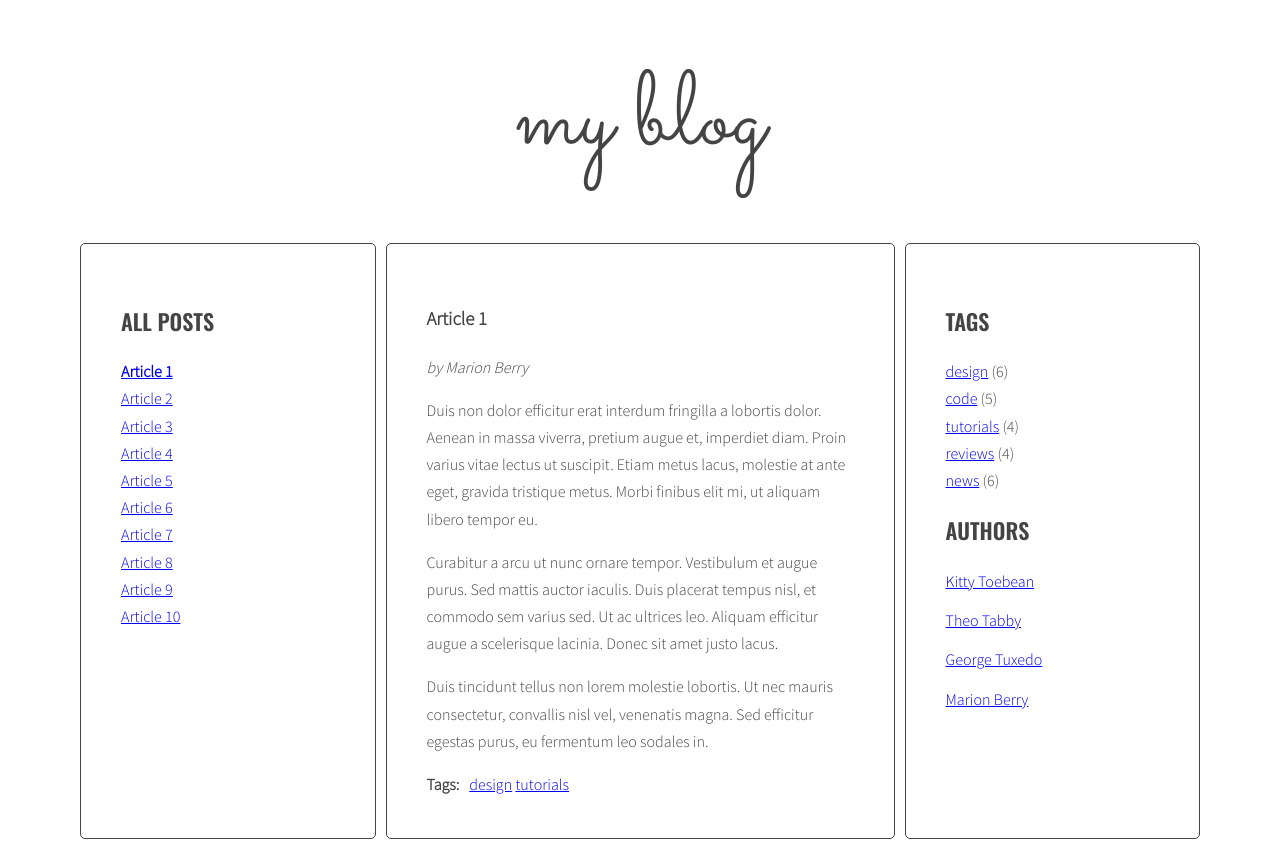
Repository: Akaimajo/javascript-blog
Page: index.html
The author's editor kept a copy of each file at every save. The page is drawn from the files as they stood at one save, then again after the next save.
The browser window is 1280 px wide. The pictures show the whole page.

Above is the page before, as saved 2020-10-15 12:02:20.

After the next save:
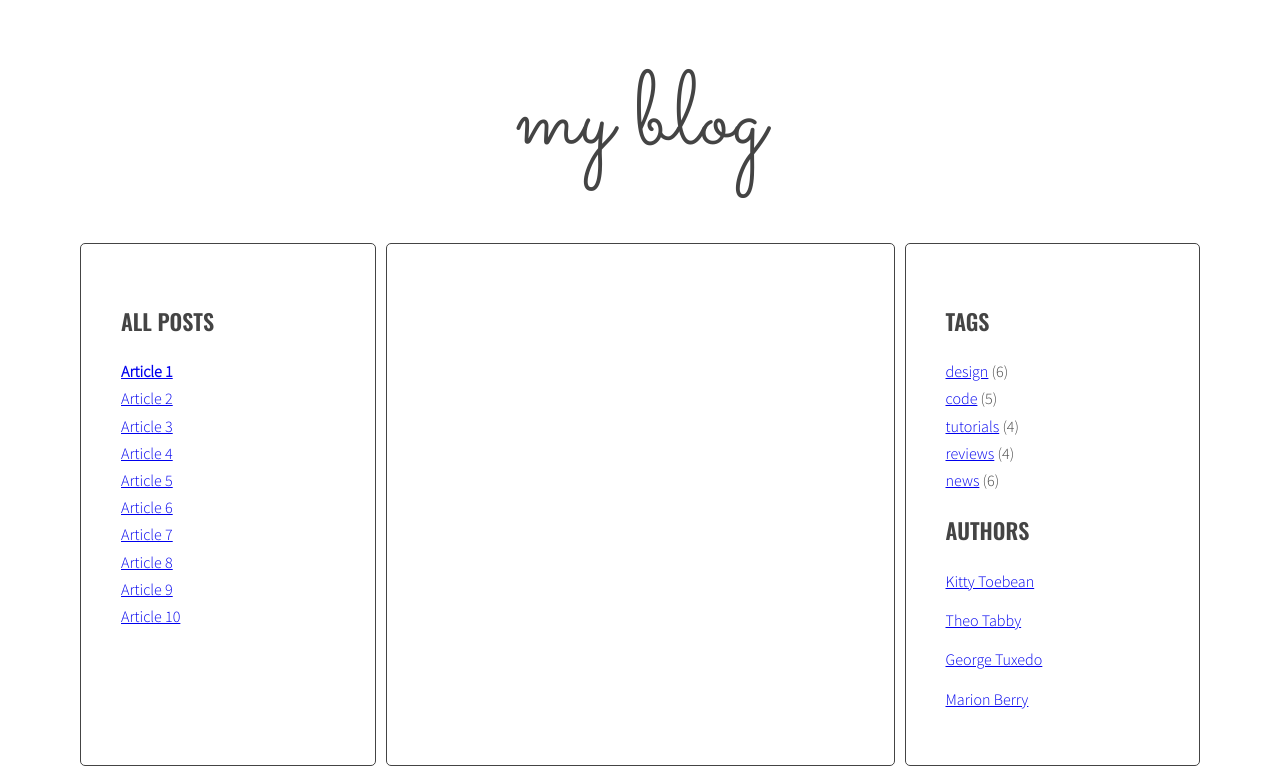
Saved 2 min 15 s later.
--- a/index.html
+++ b/index.html
@@ -27,7 +27,7 @@
               </ul>
             </aside>
             <section class="posts">
-              <article class="post active" id="article-1">
+              <article class="post" id="article-1">
                 <h3 class="post-title">Article 1</h3>
                 <p class="post-author">by Marion Berry</p>
                 <div class="post-content">
